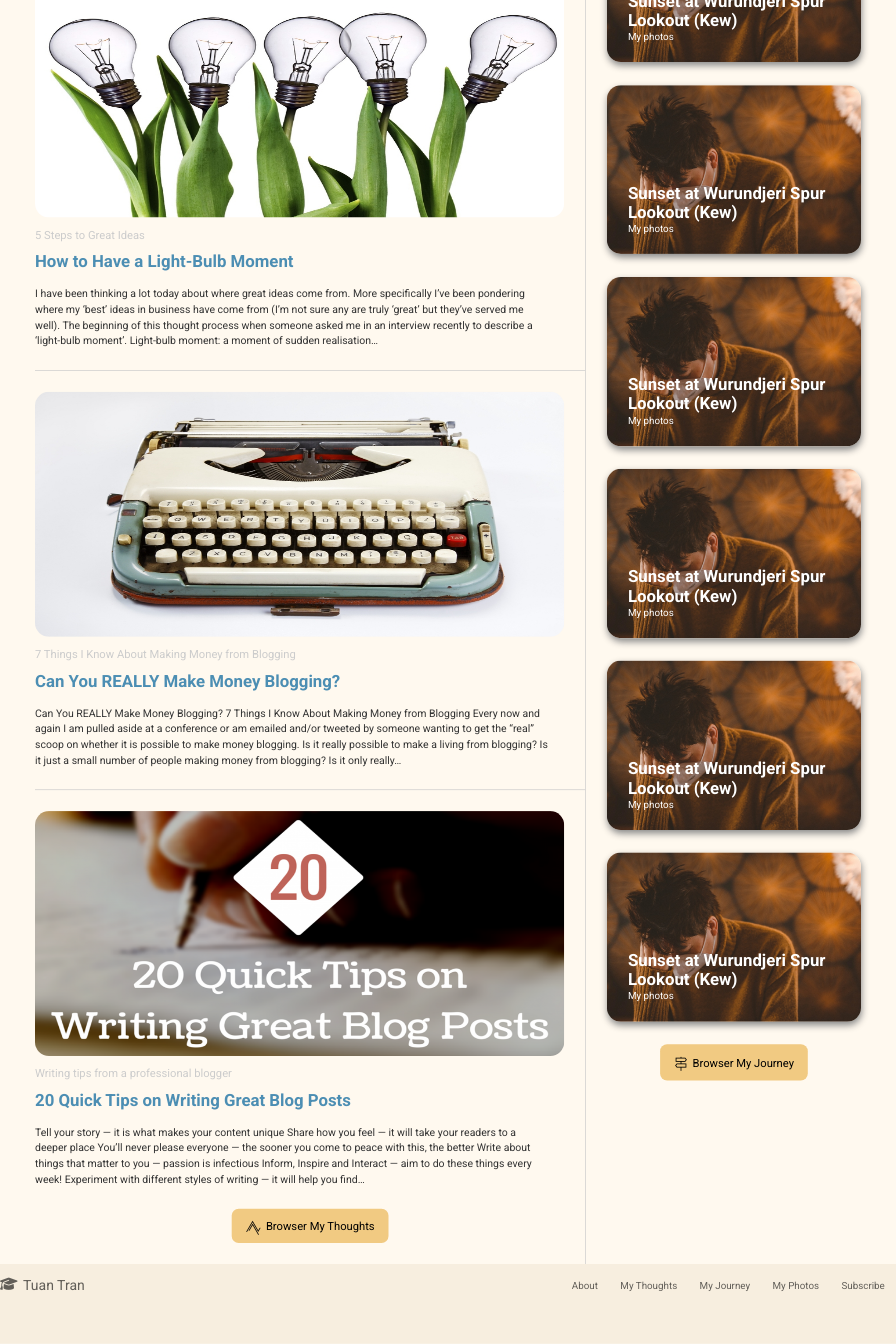
Repository: TranDinhTuann/Blog-Demo
Page: index.html
The author's editor kept a copy of each file at every save. The page is drawn from the files as they stood at one save, then again after a run of saves.
The browser window is 1280 px wide. The pictures show the part of the page from y = 974 to 2894 px (the page is 2894 px tall before and 2840 px after), at 70% of full size.

Above is the page before, as saved 2023-03-22 22:04:35.

### index.html
<!DOCTYPE html>
<html lang="en">
<head>
    <meta charset="UTF-8">
    <meta http-equiv="X-UA-Compatible" content="IE=edge">
    <meta name="viewport" content="width=device-width, initial-scale=1.0">
    <title>Blog của Tuấn</title>
    <link rel="stylesheet" href="./assets/css/base.css">
    <link rel="stylesheet" href="./assets/css/main.css">
    <link rel="stylesheet" href="https://cdnjs.cloudflare.com/ajax/libs/normalize/8.0.1/normalize.min.css">
    <link rel="stylesheet" href="./assets/fonts/fontawesome-free-6.2.1-web/css/all.min.css">
    <link rel="stylesheet" href="./assets/fonts/themify-icons/themify-icons.css">
    <link rel="preconnect" href="https://fonts.googleapis.com"><link rel="preconnect" href="https://fonts.gstatic.com" crossorigin><link href="https://fonts.googleapis.com/css2?family=Roboto:wght@300;400;500;700&display=swap" rel="stylesheet">
</head>
<body>
    <div class="app">
        <div class="header">
            <nav class="navbar">
                <a class="navbar__head">
                    <i class="navbar__head-icon fa-solid fa-graduation-cap"></i>
                    <div class="navbar__name">Tuan Tran</div>
                </a>

                <ul class="navbar__list">
                    <li class="navbar__list-item">
                        <a href="" class="navbar__list-item-link">
                            <i class="navbar__list-item-icon ti-user"></i>
                            <span class="navbar__list-item-text">About</span>
                        </a>
                    </li>
                    <li class="navbar__list-item">
                        <a href="" class="navbar__list-item-link">
                            <i class="navbar__list-item-icon ti-comments-smiley"></i>
                            <span class="navbar__list-item-text">My Thoughts</span>
                        </a>
                    </li>
                    <li class="navbar__list-item">
                        <a href="" class="navbar__list-item-link">
                            <i class="navbar__list-item-icon ti-direction-alt"></i>
                            <span class="navbar__list-item-text">My Journey</span>
                        </a>
                    </li>
                    <li class="navbar__list-item">
                        <a href="" class="navbar__list-item-link">
                            <i class="navbar__list-item-icon ti-camera"></i>
                            <span class="navbar__list-item-text">My Photos</span>
                        </a>
                    </li>
                    <li class="navbar__list-item">
                        <a href="" class="navbar__list-item-link">
                            <i class="navbar__list-item-icon ti-bell"></i>
                            <span class="navbar__list-item-text">Subscribe</span>
                        </a>
                    </li>
                </ul>
            </nav>

            <div class="intro">
                <div class="intro__img">
                    <img src="./assets/img/logo.JPG" alt="" class="intro__img-image">
                </div>
                <div class="intro__text">
                    <div class="intro__head">Hi! I'm Tuan Tran </div>
                    <div class="intro__des">Speaker, Author, Blogger, Podcaster & Founder of ProBlogger & Digital Photography School. Ambassador for WorldVision Aus. Father of 3 boys & husband to Vanessa.</div>
                </div>
            </div>
        </div>

        <div class="grid">
            <div class="grid1">
                <div class="content">
                    <div class="columns">
                        <div class="img-human">
                            <img class="img-ong" src="./assets/img/slider/human1.png" alt="">
                        </div>
                        <div class="column-text">
                            <p class="des">Tips for increasing your luckiness</p>
                            <div class="heading">How to Get Lucky</div>
                            <div class="sub-heading">I was in the right place at the right time back in 2002 when I started blogging and since that time serendipity has played a part in the building of my business. A few years back at the Inbound conference I spoke of my ‘lucky’ beginnings but also share some tips on how to cultivate ‘luck’ in your life by practicing 7 habits that I believe play a part. I’d love to hear your thoughts — what habits…</div>
                        </div>
                    </div>
                    <div class="columns">
                        <div class="img-human">
                            <img class="img-ong" src="./assets/img/slider/human2.jpg" alt="">
                        </div>
                        <div class="column-text">
                            <p class="des">5 Steps to Great Ideas</p>
                            <div class="heading">How to Have a Light-Bulb Moment</div>
                            <div class="sub-heading">I have been thinking a lot today about where great ideas come from. More specifically I’ve been pondering where my ‘best’ ideas in business have come from (I’m not sure any are truly ‘great’ but they’ve served me well). The beginning of this thought process when someone asked me in an interview recently to describe a ‘light-bulb moment’. Light-bulb moment: a moment of sudden realisation…</div>
                        </div>
                    </div>
                    <div class="columns">
                        <div class="img-human">
                            <img class="img-ong" src="./assets/img/slider/human3.jpg" alt="">
                        </div>
                        <div class="column-text">
                            <p class="des">7 Things I Know About Making Money from Blogging</p>
                            <div class="heading">Can You REALLY Make Money Blogging?</div>
                            <div class="sub-heading">Can You REALLY Make Money Blogging? 7 Things I Know About Making Money from Blogging Every now and again I am pulled aside at a conference or am emailed and/or tweeted by someone wanting to get the “real” scoop on whether it is possible to make money blogging. Is it really possible to make a living from blogging? Is it just a small number of people making money from blogging? Is it only really…</div>
                        </div>
                    </div>
                    <div class="columns no--border">
                        <div class="img-human">
                            <img class="img-ong" src="./assets/img/slider/human4.png" alt="">
                        </div>
                        <div class="column-text">
                            <p class="des">Writing tips from a professional blogger</p>
                            <div class="heading">20 Quick Tips on Writing Great Blog Posts</div>
                            <div class="sub-heading">Tell your story — it is what makes your content unique Share how you feel — it will take your readers to a deeper place You’ll never please everyone — the sooner you come to peace with this, the better Write about things that matter to you — passion is infectious Inform, Inspire and Interact — aim to do these things every week! Experiment with different styles of writing — it will help you find…</div>
                        </div>
                    </div>
                    <div class="btn-content">
                        <button class="btn-thought">
                            <i class="navbar__list-item-icon fa-brands fa-think-peaks"></i>
                            <span class="my-thoughts">Browser My Thoughts</span>
                        </button>
                    </div>
                </div>

                <div class="sitebar">
                    <div class="row">
                        <div class="row-head">
                            <i class="row-icon ti-camera"></i>
                            <div class="row-heading">My latest photo</div>
                        </div>
                        <div class="row-img">
                            <img src="./assets/img/slider/nature1.jpg" alt="" class="img-nature">
                            <div class="row-text">
                                <div class="text-heading">Sunset at Wurundjeri Spur Lookout (Kew)</div>
                                <div class="text-des">My photos</div>
                            </div>
                        </div>
                    </div>

                    <div class="row">
                        <div class="btn-content">
                            <button class="btn-thought">
                                <i class="navbar__list-item-icon ti-camera"></i>
                                <span class="my-thoughts">Browser My Photos</span>
                            </button>
                        </div>
                    </div>

                    <div class="row">
                        <div class="row-head">
                            <i class="row-icon ti-camera"></i>
                            <div class="row-heading">My latest photo</div>
                        </div>
                        <div class="row-img">
                            <img src="./assets/img/slider/nature2.jpg" alt="" class="img-nature">
                            <div class="row-text">
                                <div class="text-heading">Sunset at Wurundjeri Spur Lookout (Kew)</div>
                                <div class="text-des">My photos</div>
                            </div>
                        </div>
                        <div class="row-img">
                            <img src="./assets/img/slider/nature2.jpg" alt="" class="img-nature">
                            <div class="row-text">
                                <div class="text-heading">Sunset at Wurundjeri Spur Lookout (Kew)</div>
                                <div class="text-des">My photos</div>
                            </div>
                        </div>
                        <div class="row-img">
                            <img src="./assets/img/slider/nature2.jpg" alt="" class="img-nature">
                            <div class="row-text">
                                <div class="text-heading">Sunset at Wurundjeri Spur Lookout (Kew)</div>
                                <div class="text-des">My photos</div>
                            </div>
                        </div>
                        <div class="row-img">
                            <img src="./assets/img/slider/nature2.jpg" alt="" class="img-nature">
                            <div class="row-text">
                                <div class="text-heading">Sunset at Wurundjeri Spur Lookout (Kew)</div>
                                <div class="text-des">My photos</div>
                            </div>
                        </div>
                        <div class="row-img">
                            <img src="./assets/img/slider/nature2.jpg" alt="" class="img-nature">
                            <div class="row-text">
                                <div class="text-heading">Sunset at Wurundjeri Spur Lookout (Kew)</div>
                                <div class="text-des">My photos</div>
                            </div>
                        </div>
                        <div class="row-img">
                            <img src="./assets/img/slider/nature2.jpg" alt="" class="img-nature">
                            <div class="row-text">
                                <div class="text-heading">Sunset at Wurundjeri Spur Lookout (Kew)</div>
                                <div class="text-des">My photos</div>
                            </div>
                        </div>
                    </div>

                    <div class="row">
                        <div class="btn-content">
                            <button class="btn-thought">
                                <i class="navbar__list-item-icon ti-direction-alt"></i>
                                <span class="my-thoughts">Browser My Journey</span>
                            </button>
                        </div>
                    </div>
                </div>
            </div>
        </div>

        <footer class="footer">
            <div class="footer-content">
                <nav class="navbar no--border">
                    <a class="navbar__head">
                        <i class="navbar__head-icon fa-solid fa-graduation-cap"></i>
                        <div class="navbar__name">Tuan Tran</div>
                    </a>

                    <ul class="navbar__list">
                        <li class="navbar__list-item">
                            <a href="" class="navbar__list-item-link">
                                <span class="navbar__list-item-text">About</span>
                            </a>
                        </li>
                        <li class="navbar__list-item">
                            <a href="" class="navbar__list-item-link">
                                <span class="navbar__list-item-text">My Thoughts</span>
                            </a>
                        </li>
                        <li class="navbar__list-item">
                            <a href="" class="navbar__list-item-link">
                                <span class="navbar__list-item-text">My Journey</span>
                            </a>
                        </li>
                        <li class="navbar__list-item">
                            <a href="" class="navbar__list-item-link">
                                <span class="navbar__list-item-text">My Photos</span>
                            </a>
                        </li>
                        <li class="navbar__list-item">
                            <a href="" class="navbar__list-item-link">
                                <span class="navbar__list-item-text">Subscribe</span>
                            </a>
                        </li>
                    </ul>
                </nav>
            </div>
        </footer>
    </div>
</body>
</html>

### assets/css/base.css
:root {
    --white-color: #fff;
    --black-color: #000;
    --text-color: #333;
    --primary-color: #fff9ef;
    --header-primary-color: rgb(255, 253, 249);
}

* {
    box-sizing: inherit;
}

html {
    /* hack */
    font-size: 62.5%;
    line-height: 1.6rem;
    font-family: 'Roboto', sans-serif;
    box-sizing: border-box;
}

@keyframes fadeIn {
    from{
        opacity: 0;
    }
    to{
        opacity: 1;
    }
}

@keyframes growth {
    from{
        transform: calc(0);
    }
    to{
        transform: calc(1);
    }
}

img{
    width: 100%;
    border-radius: 20px;
}
.img-ong{
    height: 350px;
    display: block;
}
.img-human{
    margin-right: 30px;
    height: 350px;
    display: block;
}
a{
    display: block;
    cursor: pointer;
}

### assets/css/main.css
.app{
    height: 1000px;
    background-color: rgb(255, 253, 249);
}

.header{
    height: 280px;
    margin: 0 50px;
}

.navbar{
    height: 60px;
    border-bottom: 1px solid #ccc;
    display: flex;
    align-items: center;
    justify-content: space-between;
}
.navbar.no--border{
    border: none;
}

.navbar__head-icon {
    font-size: 2rem;
    margin-right: 8px;
}

.navbar__name {
    font-size: 2rem;

}

.navbar__head {
    display: flex;
}

.navbar__head:hover {
    cursor: pointer;
    opacity: 0.5;
}

.navbar__list {
    display: flex;
    list-style: none;
    font-size: 1.4rem;
}

.navbar__list-item {
    padding: 0 16px;
    line-height: 60px;
}

.navbar__list-item:hover {
    cursor: pointer;
    opacity: 0.5;
}

.navbar__list-item-link {
    color: #000;
    text-decoration: none;
}

.navbar__list-item-icon{
    font-size: 2rem;
    padding-right: 4px;
    position: relative;
    top: 4px;
}


.intro {
    display: flex;
    margin-top: 50px;
}

.intro__img {
    width: 30%;
    height: 50px;
}

.intro__img-image {
    width: 100%;
    background-size:cover;
}

.intro__text{
    padding-left: 40px;
}

.intro__head {
    font-size: 3rem;
}

.intro__des {
    font-size: 1.8rem;
    padding: 10px 250px 0 0;
    line-height: 2.4rem;
}


/* Grid */
.grid {
    background-color: rgb(255, 249, 239);
    /* height: 6000px; */
    /* display: flex; */
}
.grid1  {
    margin: 0 50px;
    display: flex;
    padding-top: 26px;
}
.content {
    border-right: 1px solid #ccc;
    /* height: 600px; */
    flex: 2;
}
.columns {
    padding: 30px 0;
    border-bottom: 1px solid #ccc;
    cursor: pointer;
}
.columns.no--border{
    border: none;
}
.sitebar {
    flex: 1;
}

.column-text{
    padding: 0 50px 0 0;
}
.des{
    font-size: 16px;
    color: #ccc;
}
.heading {
    font-size: 24px;
    font-weight: 700;
    color: #4c8eb3;
}
.sub-heading {
    color: #333333;
    font-size: 15px;
    padding-top: 20px;
    line-height: 1.5;
}
.btn-content{
    display: flex;
    align-items: center;
    justify-content: center;
    color: #000;
    padding-bottom: 30px;
}
.btn-thought {
    padding: 14px 20px;
    display: block;
    background-color: rgb(241, 202, 130);
    outline: none;
    border: none;
    border-radius: 10px;
}
.btn-thought:hover{
    background-color:  rgba(241, 202, 130, 0.6);
}
.my-thoughts{
    font-size: 16px;
}

/* sitebar */
.row{
    margin: 20px 0 30px 30px;
}
.row-head {
    display: flex;
    align-items: center;
    justify-content: center;
    color: #4c8eb3;
    padding-bottom: 15px;
}
.row-icon{
    font-size: 28px;
    margin-right: 10px;
}
.row-heading{
    font-size: 20px;
    font-weight: 500;
}
.row-img{
    position: relative;
    margin-bottom: 30px;
}
.row-text{
    position: absolute;
    bottom: 30px;
    left: 30px;
    color: #fff;
}
.text-heading{
    font-size: 24px;
    font-weight: 1000;
}
.text-des{
    font-size: 14px;
    line-height: 18px;
}
.img-nature{
    box-shadow: 1px 5px 10px #888888;
}

/* footer */
.footer{
    height: 114px;
    background-color: rgb(247, 238, 223);
}
.footer-content{
    /* margin: 0 50px; */
    opacity: 0.6;
}

Loaded but not shown: assets/fonts/fontawesome-free-6.2.1-web/css/all.min.css (library); assets/fonts/themify-icons/themify-icons.css (common file)

After the next 2 saves:
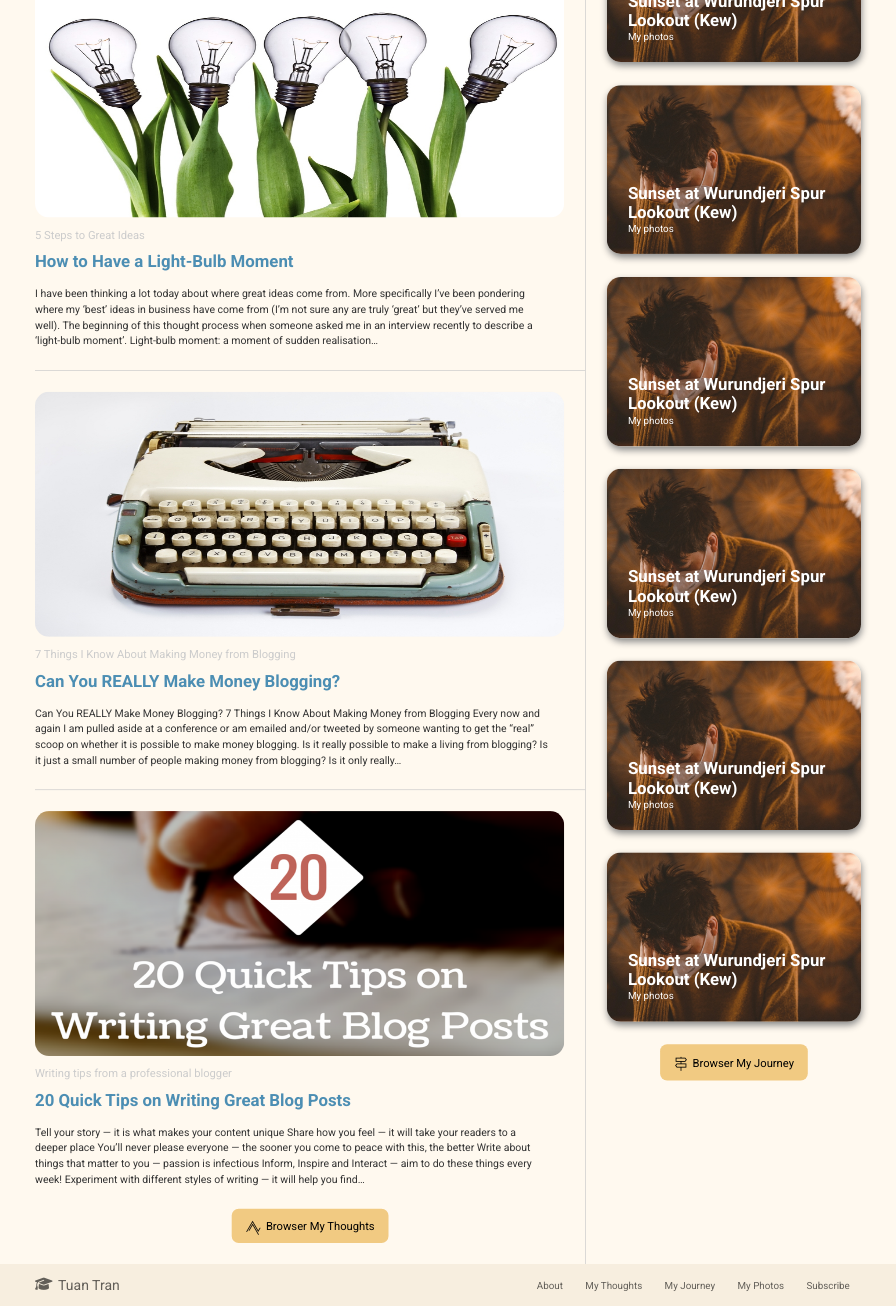
The 2 saves are shown as one change because they came seconds apart.
The last was saved 9 s later.
--- a/assets/css/main.css
+++ b/assets/css/main.css
@@ -208,10 +208,10 @@
 
 /* footer */
 .footer{
-    height: 114px;
+    /* height: 114px; */
     background-color: rgb(247, 238, 223);
 }
 .footer-content{
-    /* margin: 0 50px; */
+    margin: 0 50px;
     opacity: 0.6;
 }
